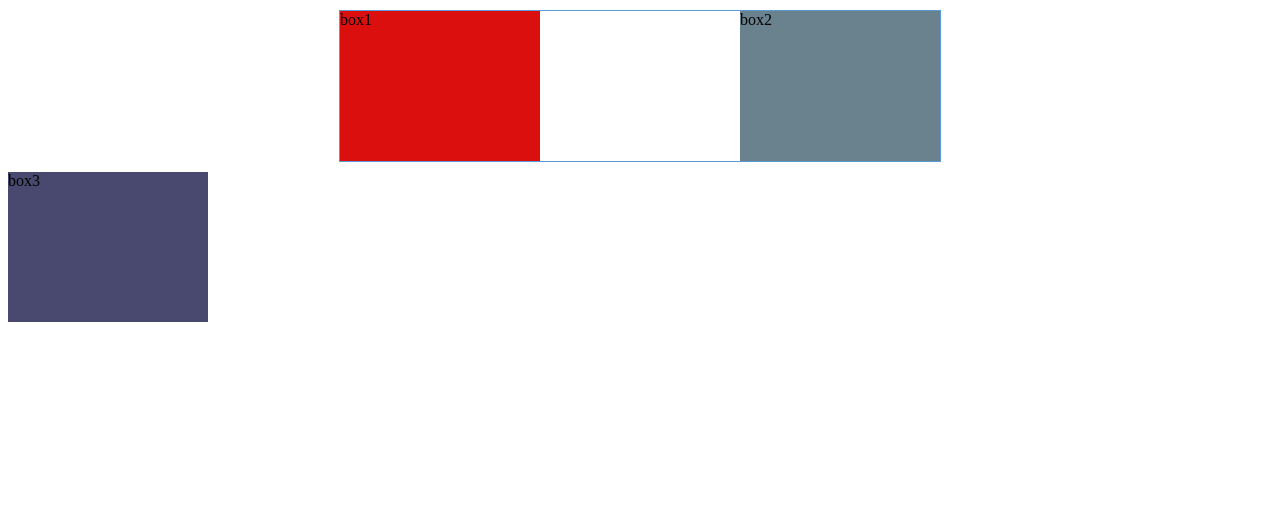
Repository: LstHeart/html-learning
Page: css/浮动.html
An editor plug-in stored every save of this project. The page is shown before and after the next save, followed by the edit.
The browser window is 1280 px wide. The pictures show the whole page.

Above is the page before, as saved 2021-01-06 00:36:18.

### css/浮动.html
<!DOCTYPE html>
<html lang="en">
<head>
    <meta charset="UTF-8">
    <title>Title</title>
    <style>
        .wrapper{
            width: 600px;
            margin: 10px auto;
            border: 1px solid #5a9bd4;
            /*overflow: hidden;*/
        }
        <!-- .wrapper:after {
            content:'';
            display: block;
            clear: both;
        } -->
        .box1,.box2,.box3{
            width:200px;
            height:150px;
        }
        .box1{
            background-color: #dc0f0f;
            float: left;
        }
        .box2{
            background-color: #6a828e;
            float: right;
        }

        .box3{
            background-color: #49496f;
        }
        /*.clear{*/
        /*    clear: both;*/
        /*}*/
    </style>
</head>
<body>
<div class="wrapper">
    <div class="box1">box1</div>
    <div class="box2">box2</div>
</div>
<div class="box3">box3</div>
</body>
</html>

After the next save:
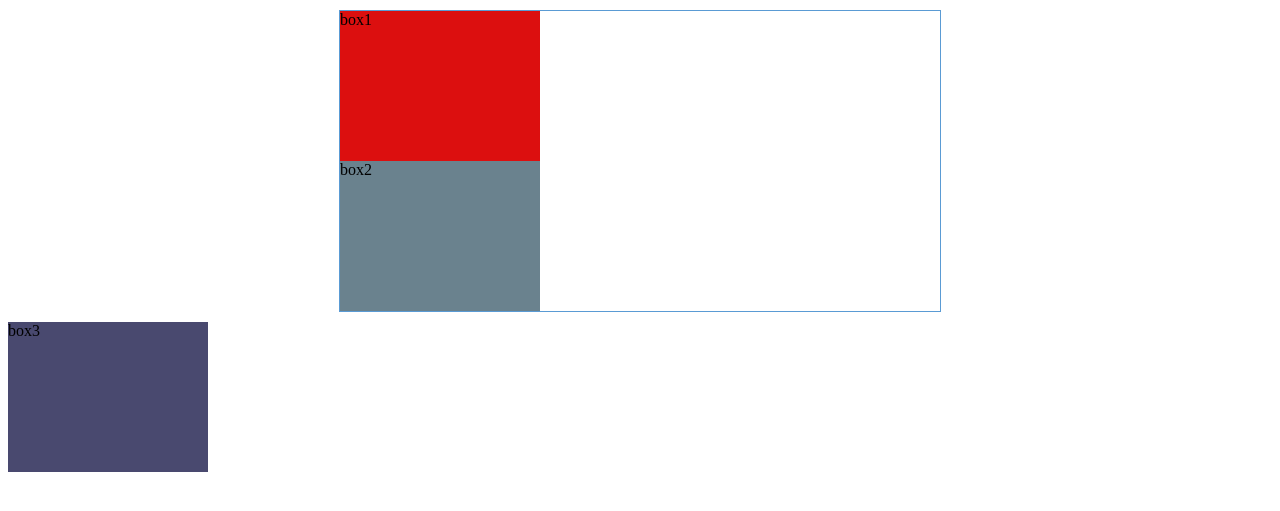
Saved 107 s later.
--- a/css/浮动.html
+++ b/css/浮动.html
@@ -21,11 +21,11 @@
         }
         .box1{
             background-color: #dc0f0f;
-            float: left;
+            <!-- float: left; -->
         }
         .box2{
             background-color: #6a828e;
-            float: right;
+            <!-- float: right; -->
         }
 
         .box3{

After the save that followed:
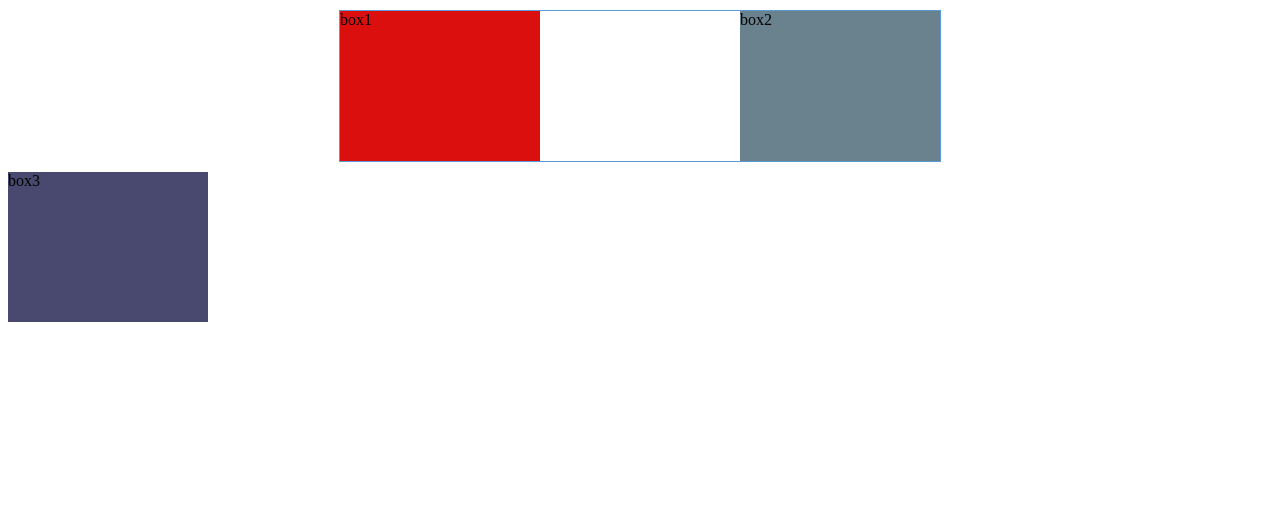
Saved 19 s later.
--- a/css/浮动.html
+++ b/css/浮动.html
@@ -21,11 +21,11 @@
         }
         .box1{
             background-color: #dc0f0f;
-            <!-- float: left; -->
+            float: left;
         }
         .box2{
             background-color: #6a828e;
-            <!-- float: right; -->
+            float: right;
         }
 
         .box3{
